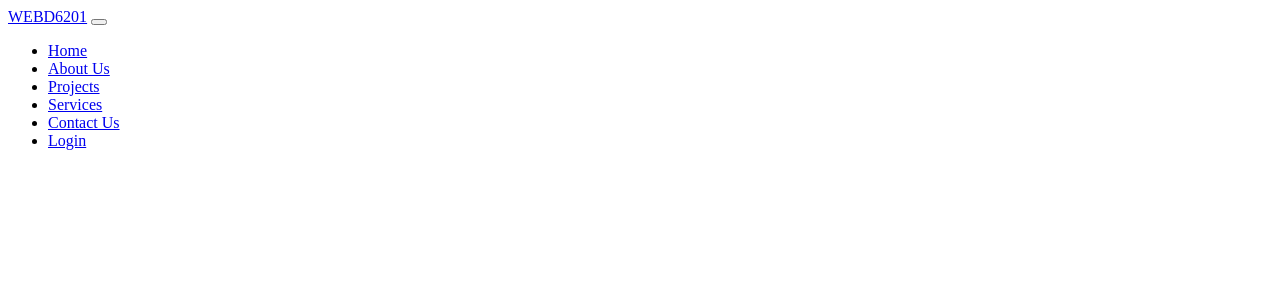
Repository: AshokSasi/WEBD6201-ASasitharan-ICE6
Page: Views/components/header.html
These files come from the project's save history. The page is drawn as it stood at one moment and after the next save; the edit follows.
The browser window is 1280 px wide. The pictures show the whole page.

Above is the page before, as saved 2021-03-03 09:28:51.

### Views/components/header.html

    <!-- Main Header -->

        <!-- Main Navigation -->
        <nav class="navbar navbar-expand-lg navbar-dark bg-dark">
            <div class="container-fluid">
              <a class="navbar-brand" href="#">WEBD6201</a>
              <button class="navbar-toggler" type="button" data-bs-toggle="collapse" data-bs-target="#navbarSupportedContent" aria-controls="navbarSupportedContent" aria-expanded="false" aria-label="Toggle navigation">
                <span class="navbar-toggler-icon"></span>
              </button>
              <div class="collapse navbar-collapse" id="navbarSupportedContent">
                <ul class="navbar-nav me-auto mb-2 mb-lg-0">
                  <li class="nav-item">
                    <a id="home" class="nav-link" aria-current="page" href="#"><i class="fas fa-home fa-lg"></i> Home</a>
                  </li>

                  <li class="nav-item">
                    <a  id="about" class="nav-link" aria-current="page" href="#"><i class="fas fa-info fa-lg"></i> About Us</a>
                  </li>

                  <li class="nav-item">
                    <a id="projects" class="nav-link" aria-current="page" href="#"><i class="fas fa-cog fa-lg"></i> Projects</a>
                  </li>

                  <li class="nav-item">
                    <a id="services" class="nav-link" aria-current="page" href="#"><i class="fas fa-map fa-lg"></i> Services</a>
                  </li>

                  <li class="nav-item">
                    <a id="contact" class="nav-link" aria-current="page" href="#"><i class="fas fa-phone fa-lg"></i> Contact Us</a>
                  </li>

                  <li class="nav-item">
                    <a id="login" class="nav-link" aria-current="page" href="#"><i class="fas fa-sign-in-alt"></i> Login</a>
                  </li>
                </ul>
              </div>
            </div>
          </nav>

After the next save:
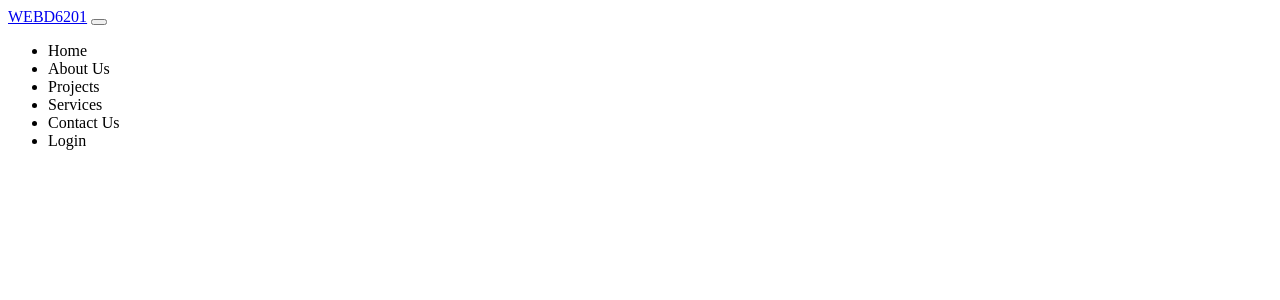
Saved 21 min 35 s later.
--- a/Views/components/header.html
+++ b/Views/components/header.html
@@ -11,27 +11,27 @@
               <div class="collapse navbar-collapse" id="navbarSupportedContent">
                 <ul class="navbar-nav me-auto mb-2 mb-lg-0">
                   <li class="nav-item">
-                    <a id="home" class="nav-link" aria-current="page" href="#"><i class="fas fa-home fa-lg"></i> Home</a>
+                    <a id="home" class="nav-link" aria-current="page"><i class="fas fa-home fa-lg"></i> Home</a>
                   </li>
 
                   <li class="nav-item">
-                    <a  id="about" class="nav-link" aria-current="page" href="#"><i class="fas fa-info fa-lg"></i> About Us</a>
+                    <a  id="about" class="nav-link" aria-current="page" ><i class="fas fa-info fa-lg"></i> About Us</a>
                   </li>
 
                   <li class="nav-item">
-                    <a id="projects" class="nav-link" aria-current="page" href="#"><i class="fas fa-cog fa-lg"></i> Projects</a>
+                    <a id="projects" class="nav-link" aria-current="page"><i class="fas fa-cog fa-lg"></i> Projects</a>
                   </li>
 
                   <li class="nav-item">
-                    <a id="services" class="nav-link" aria-current="page" href="#"><i class="fas fa-map fa-lg"></i> Services</a>
+                    <a id="services" class="nav-link" aria-current="page" ><i class="fas fa-map fa-lg"></i> Services</a>
                   </li>
 
                   <li class="nav-item">
-                    <a id="contact" class="nav-link" aria-current="page" href="#"><i class="fas fa-phone fa-lg"></i> Contact Us</a>
+                    <a id="contact" class="nav-link" aria-current="page" ><i class="fas fa-phone fa-lg"></i> Contact Us</a>
                   </li>
 
                   <li class="nav-item">
-                    <a id="login" class="nav-link" aria-current="page" href="#"><i class="fas fa-sign-in-alt"></i> Login</a>
+                    <a id="login" class="nav-link" aria-current="page"><i class="fas fa-sign-in-alt"></i> Login</a>
                   </li>
                 </ul>
               </div>
